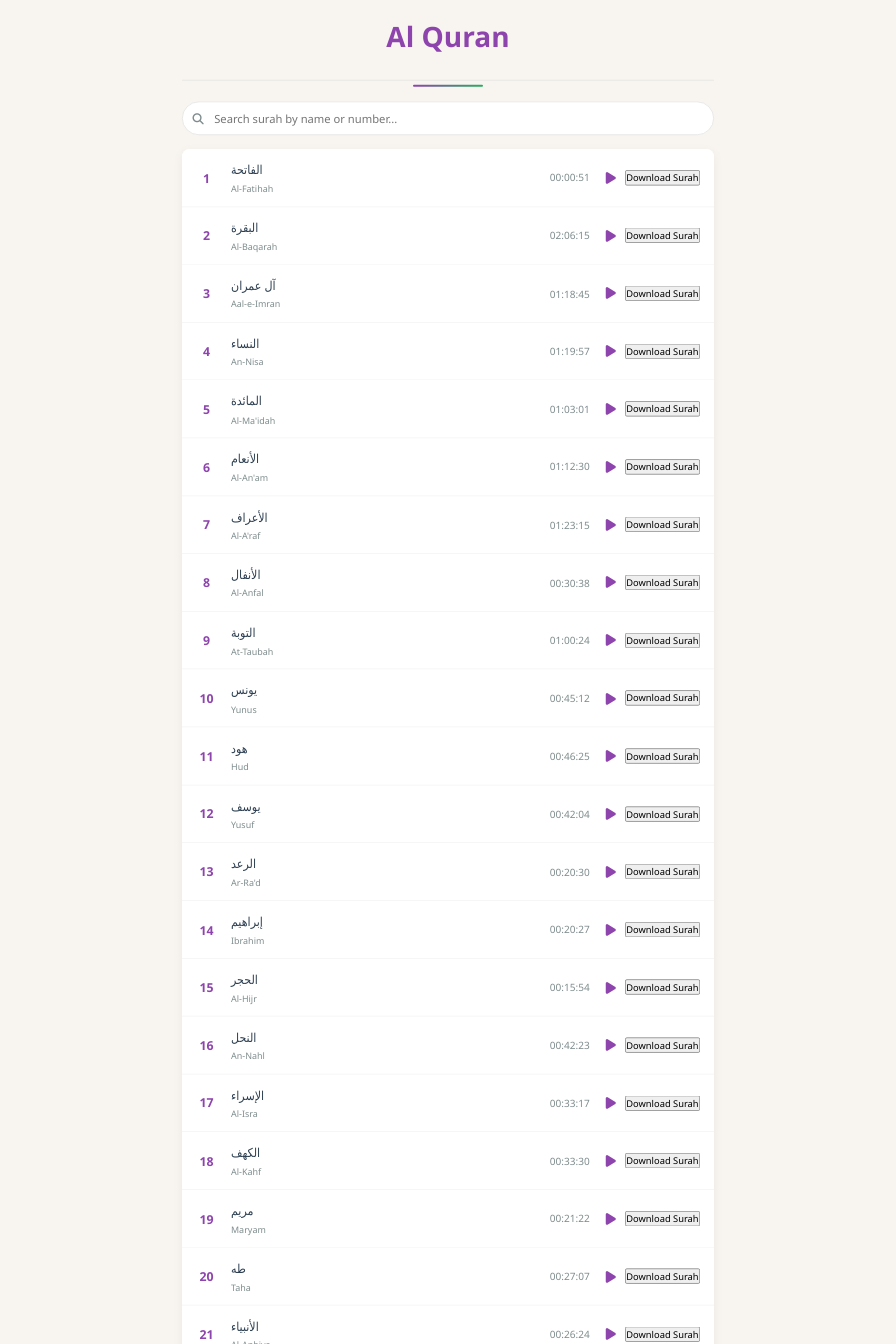
Repository: MohdKaarim/quran
Page: app/src/main/assets/Test.html
An editor plug-in stored every save of this project. The page is shown before and after a run of saves, followed by the edit.
The browser window is 1280 px wide. The pictures show the part of the page from y = 0 to 1920 px (the page is 9811 px tall), at 70% of full size.

Above is the page before, as saved 2025-07-07 14:37:20.

After the next 3 saves:
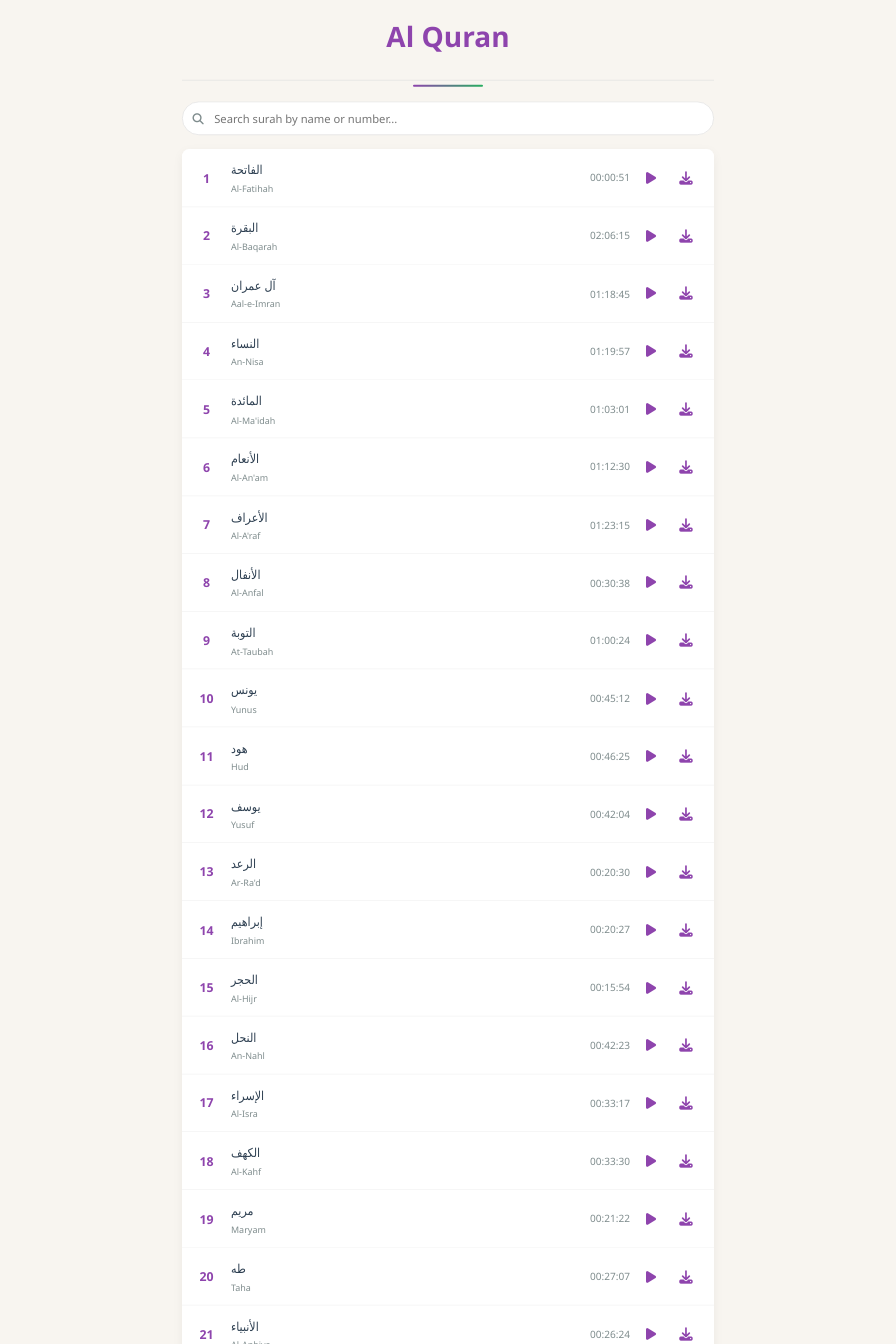
The 3 saves are shown as one change because they came seconds apart.
The last was saved 69 s later.
--- a/app/src/main/assets/Test.html
+++ b/app/src/main/assets/Test.html
@@ -814,11 +814,9 @@
             <button class="play-btn" onclick="playSurah(${surah.number})">
             <i class="fas fa-play"></i>
           </button>
-          <a href="https://voluble-trifle-ea0803.netlify.app/001-al-fatihah.mp3" download id="downloadLink" style="display: none;"></a>
-          <button onclick="document.getElementById('downloadLink').click()">
-              Download Surah
-            </button>
-
+          <button class="download-btn" style="margin-left: 10px;" onclick="event.stopPropagation(); window.location.href='https://drive.google.com/uc?export=download&id=1Uyf5wCaGBh8K5felp40qWJuHClhjyaBJ';">
+        <i class="fas fa-download"></i>
+        </button>
         `;
         surahListElement.appendChild(surahItem);
       });
